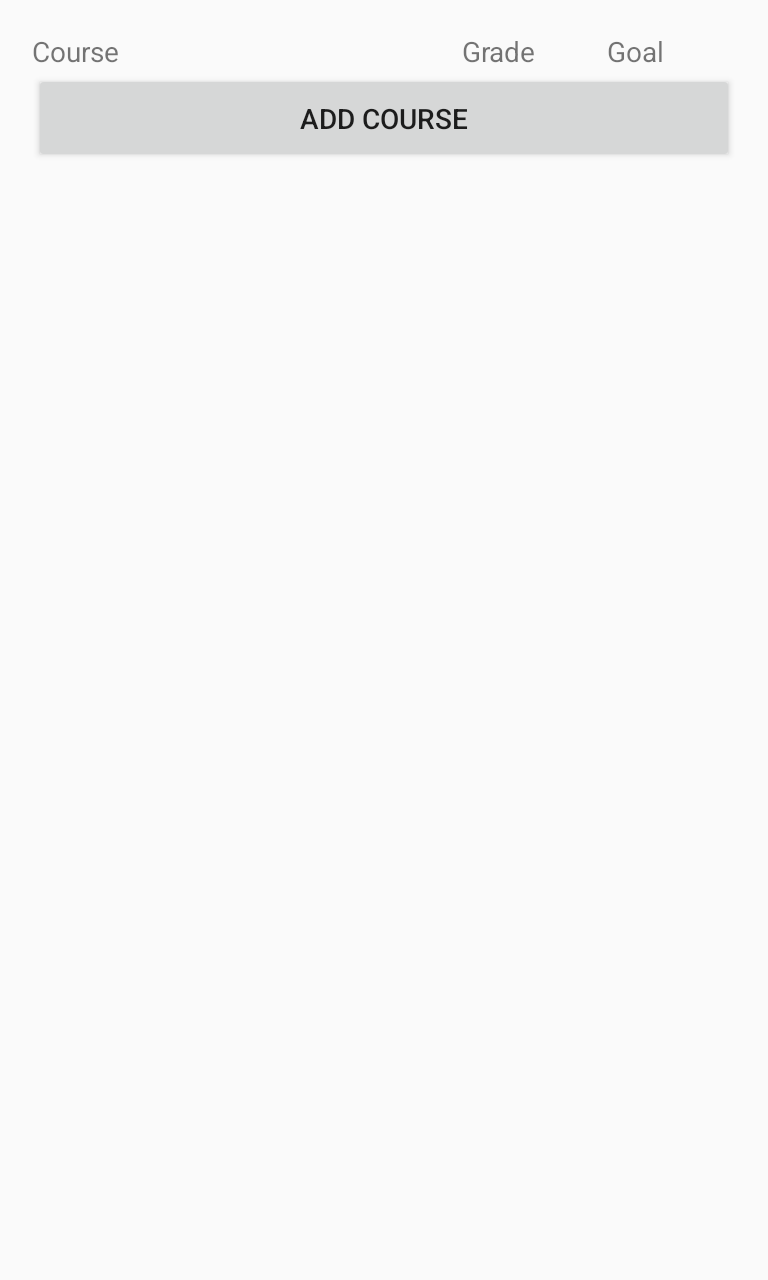
Repository: Tenergy05/GradePlanner
Layout: GradePlanner/res/layout/activity_main.xml
These files come from the project's save history. The layout is drawn as it stood at one moment and after the next save; the edit follows.
It is drawn on a 768 x 1280 px phone screen (xhdpi) without system bars, with theme AppTheme; the app's code is not run.

Above is the layout before, as saved 2014-12-29 22:04:19.

After the next save:
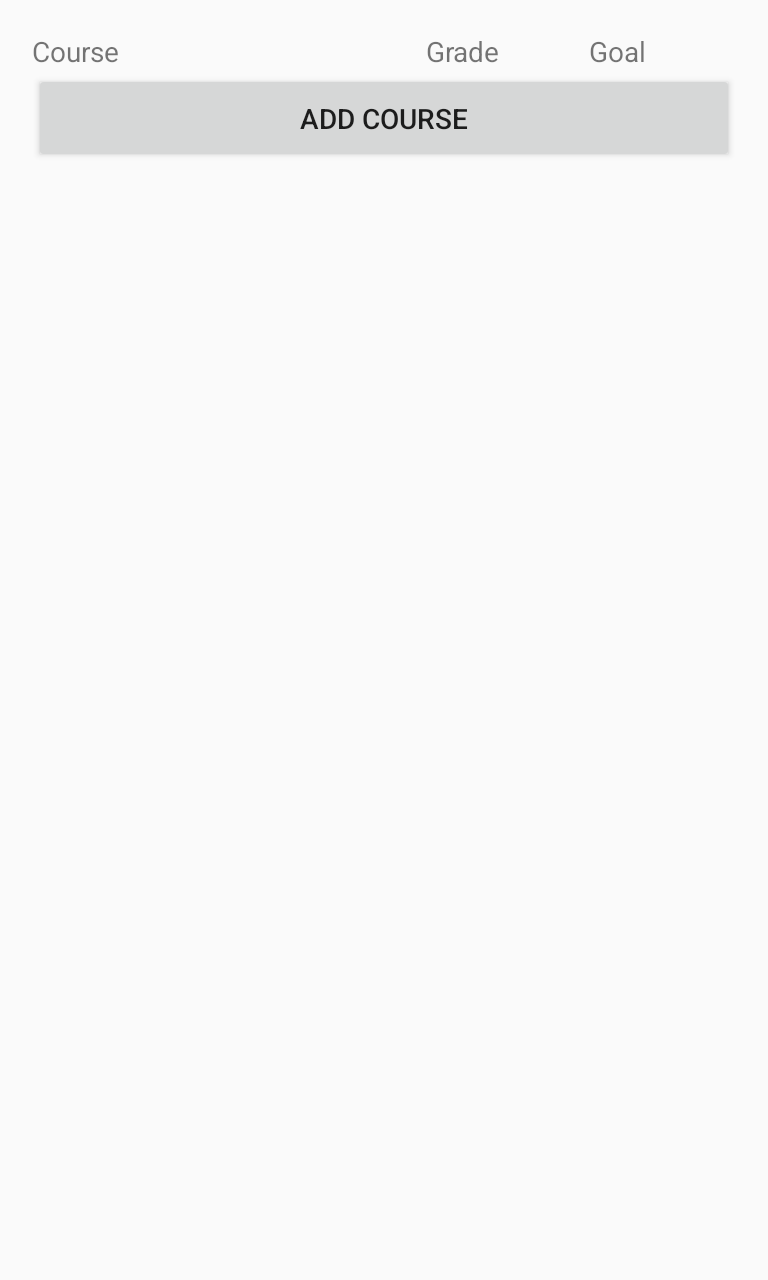
Saved 15 min 18 s later.
--- a/GradePlanner/res/layout/activity_main.xml
+++ b/GradePlanner/res/layout/activity_main.xml
@@ -16,15 +16,15 @@
              >
 
             <TextView
-                android:layout_weight="0.6"
+                android:layout_weight="0.5"
                 android:text="@string/course" />
 
             <TextView
-                android:layout_weight="0.2"
+                android:layout_weight="0.25"
                 android:text="@string/grade" />
 
             <TextView
-                android:layout_weight="0.2"
+                android:layout_weight="0.25"
                 android:text="@string/goal" />
 
         </TableRow>
